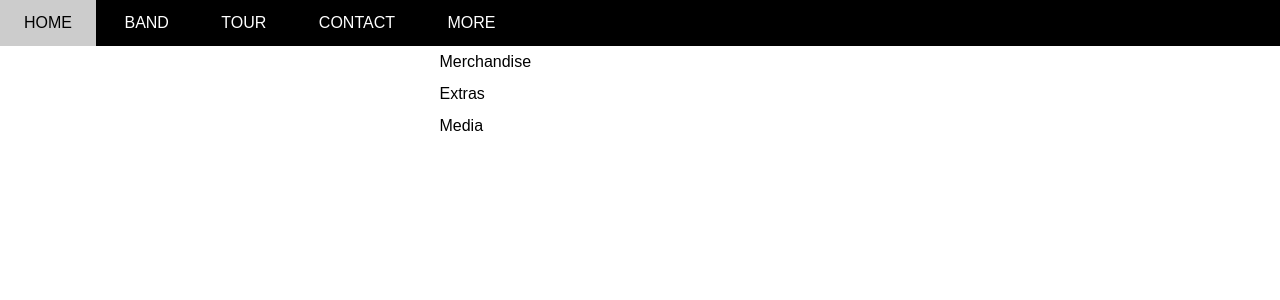
Repository: minhnguyennn/w3_band_music
Page: index.html
An editor plug-in stored every save of this project. The page is shown before and after the next save, followed by the edit.
The browser window is 1280 px wide. The pictures show the whole page.

Above is the page before, as saved 2023-02-17 18:20:44.

### index.html
<!DOCTYPE html>
<html lang="en">
<head>
    <meta charset="UTF-8">
    <meta http-equiv="X-UA-Compatible" content="IE=edge">
    <meta name="viewport" content="width=device-width, initial-scale=1.0">
    <title>Document</title>
    <link rel="stylesheet" href="./assets/css/style.css">
</head>
<body>
    <div id="main">
        <div id="header">
            <ul id="nav">
                <li><a href="">Home</a></li>
                <li><a href="">Band</a></li>
                <li><a href="">Tour</a></li>
                <li><a href="">Contact</a></li>
                <li>
                    <a href="">More</a>
                    <ul class="subnav">
                        <li><a href="">Merchandise</a></li>
                        <li><a href="">Extras</a></li>
                        <li><a href="">Media</a></li>
                    </ul>
                </li>
            </ul>
        </div>

        <div id="slider">

        </div>

        <div id="content">

        </div>

        <div id="footer">

        </div>

    </div>
</body>
</html>

### assets/css/style.css
/* Reset CSS */
* {
   padding: 0;
   margin: 0;
   box-sizing: border-box;
}

html {
   font-family: Arial, Helvetica, sans-serif;
}

#main {
}

#header {
   height: 46px;
   background-color: #000;
}

#nav,
.subnav {
   list-style-type: none;
}

#nav > li {
   display: inline-block;
}

#nav li {
   position: relative;
}

#nav > li > a {
   color: #fff;
   text-transform: uppercase;
   padding: 0 24px;
   line-height: 46px;
}

#nav li a {
   text-decoration: none;
   display: inline-block;
}

#nav > li:hover > a {
   color: #000;
   background-color: #ccc;
}

#nav .subnav {
   /* display: none; */
   position: absolute;
   background-color: #fff;
   box-shadow: ;
}

#nav .subnav a {
   color: #000;
   padding: 0 16px;
   line-height: 32px;
}

#nav .subnav li:hover {
   background-color: #ccc;
}

#slider {
   /* min-height: 500px;
   background-color: #333; */
}

#content {
}

#footer {
}

After the next save:
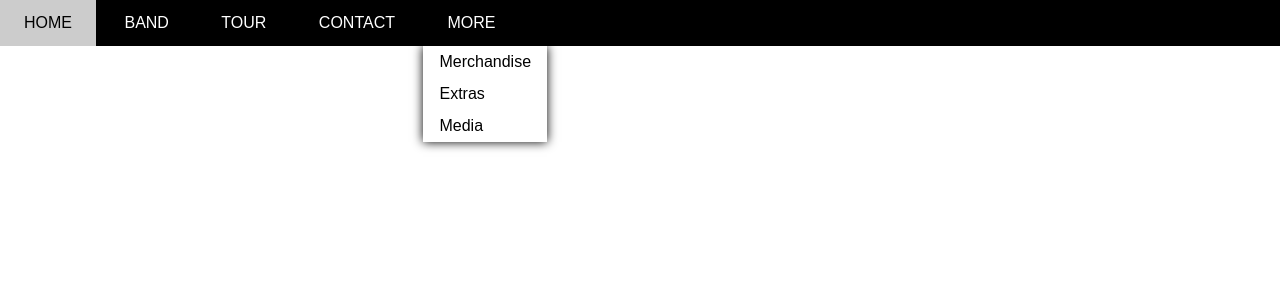
Saved 3 min 52 s later.
--- a/assets/css/style.css
+++ b/assets/css/style.css
@@ -51,7 +51,7 @@
    /* display: none; */
    position: absolute;
    background-color: #fff;
-   box-shadow: ;
+   box-shadow: 0 0 10px;
 }
 
 #nav .subnav a {
